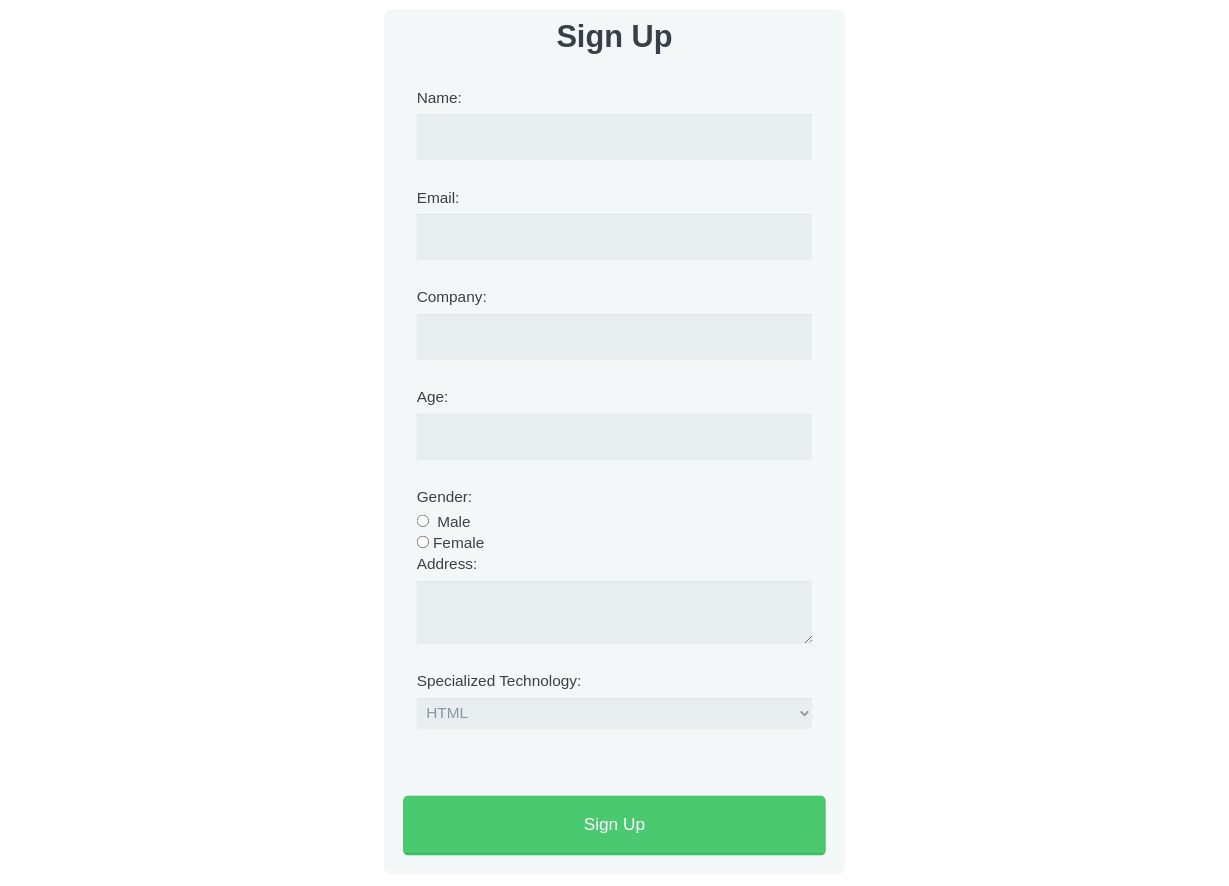
Repository: sunil965/JDBC-Servlet-JSP
Page: http://localhost/JspRegistrationTask/employee.jsp
An editor plug-in stored every save of this project. The page is shown before and after the next save, followed by the edit.
The browser window is 1280 px wide. The pictures show the whole page, at 96% of full size.
The page is served by Tomcat 9.

Above is the page before, as saved 2017-05-04 11:01:31.

After the next save:
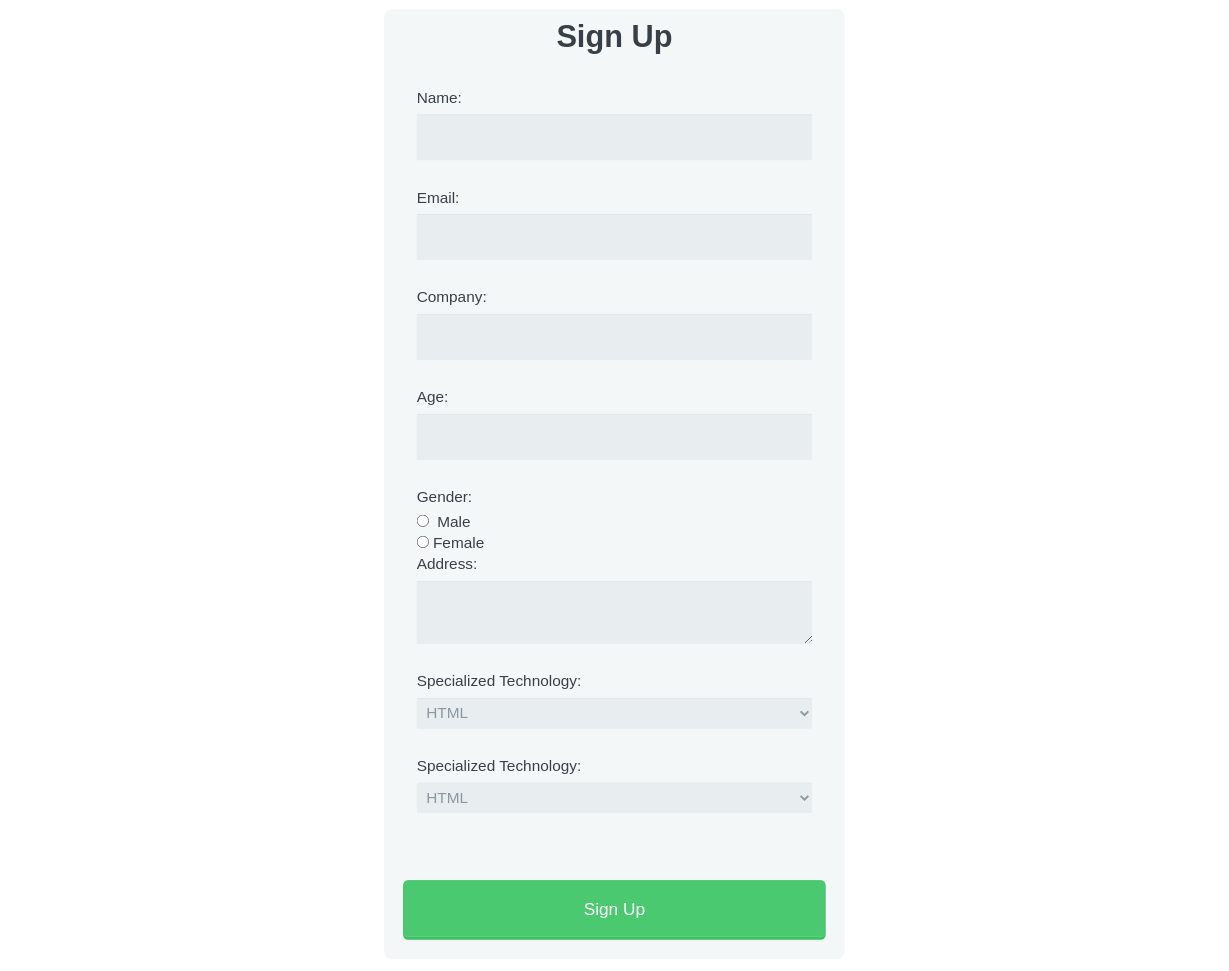
Saved 15 s later.
--- a/JspRegistrationTask/WebContent/employee.jsp
+++ b/JspRegistrationTask/WebContent/employee.jsp
@@ -261,6 +261,29 @@ label.light {
           </optgroup>
         </select>
 
+        <label for="job">Specialized Technology:</label>
+        <select id="job" name="user_job">
+          <optgroup label="Web">
+            <option value="html">HTML</option>
+            <option value="php_developor">PHP</option>
+            <option value="python_developer">Python</option>
+            <option value="rails_developer"> Rails</option>
+            <option value="web_designer">Web Designer</option>
+            <option value="WordPress_developer">WordPress Developer</option>
+          </optgroup>
+          <optgroup label="Mobile">
+            <option value="Android_developer">Androild</option>
+            <option value="iOS_developer">iOS</option>
+            <option value="mobile_designer">Phone Gap</option>
+          </optgroup>
+          <optgroup label="Core_Tech">
+            <option value="C">C</option>
+            <option value="C++">C++</option>
+            <option value="Java">Java</option>
+            <option value=".Net">.Net</option>
+          </optgroup>
+        </select>
+
           <!-- <label>Interests:</label>
           <input type="checkbox" id="development" value="interest_development" name="user_interest"><label class="light" for="development">Development</label><br>
           <input type="checkbox" id="design" value="interest_design" name="user_interest"><label class="light" for="design">Design</label><br>
